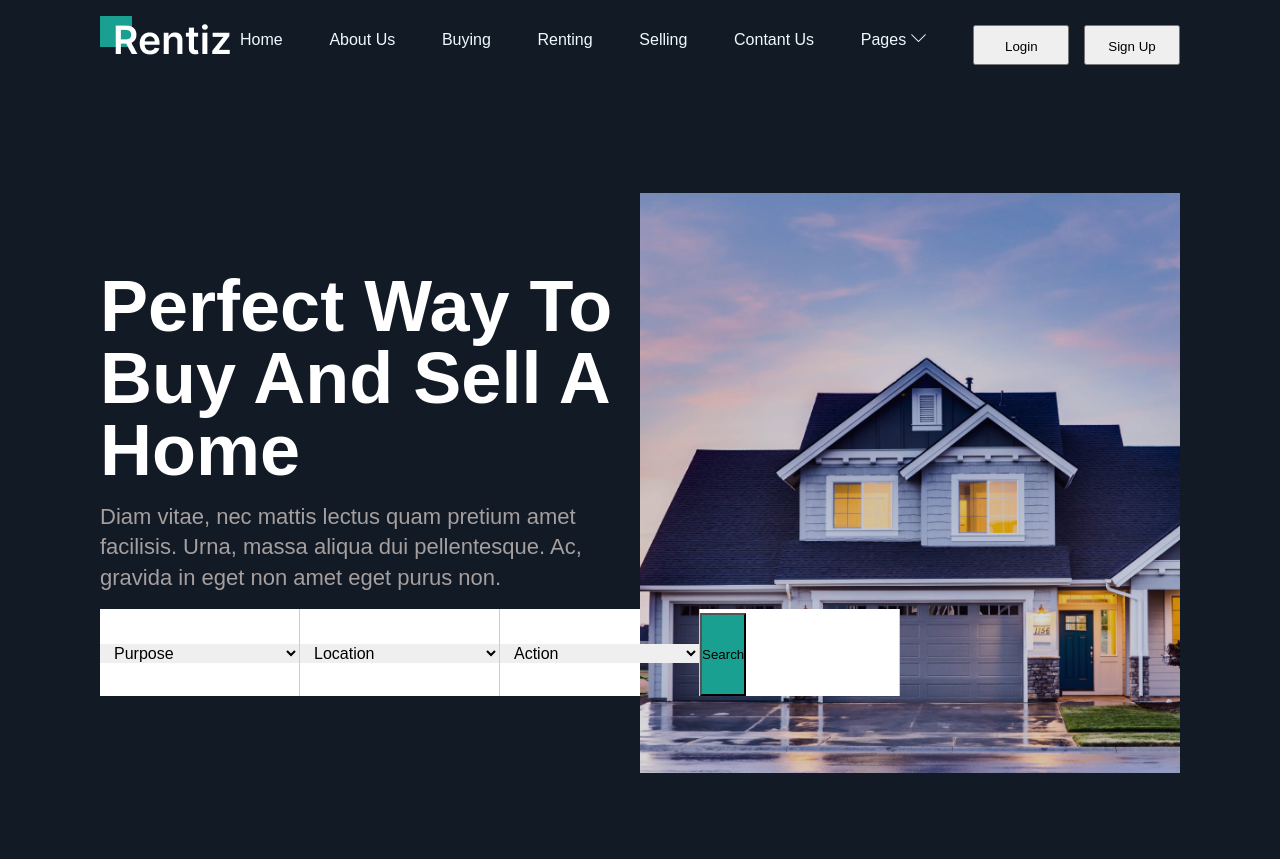
Repository: tung1233hhhhhhhhhhhhh/WebClone-Home
Page: index.html
The author's editor kept a copy of each file at every save. The page is drawn from the files as they stood at one save, then again after the next save.
The browser window is 1280 px wide. The pictures show the whole page.

Above is the page before, as saved 2023-05-23 15:42:07.

After the next save:
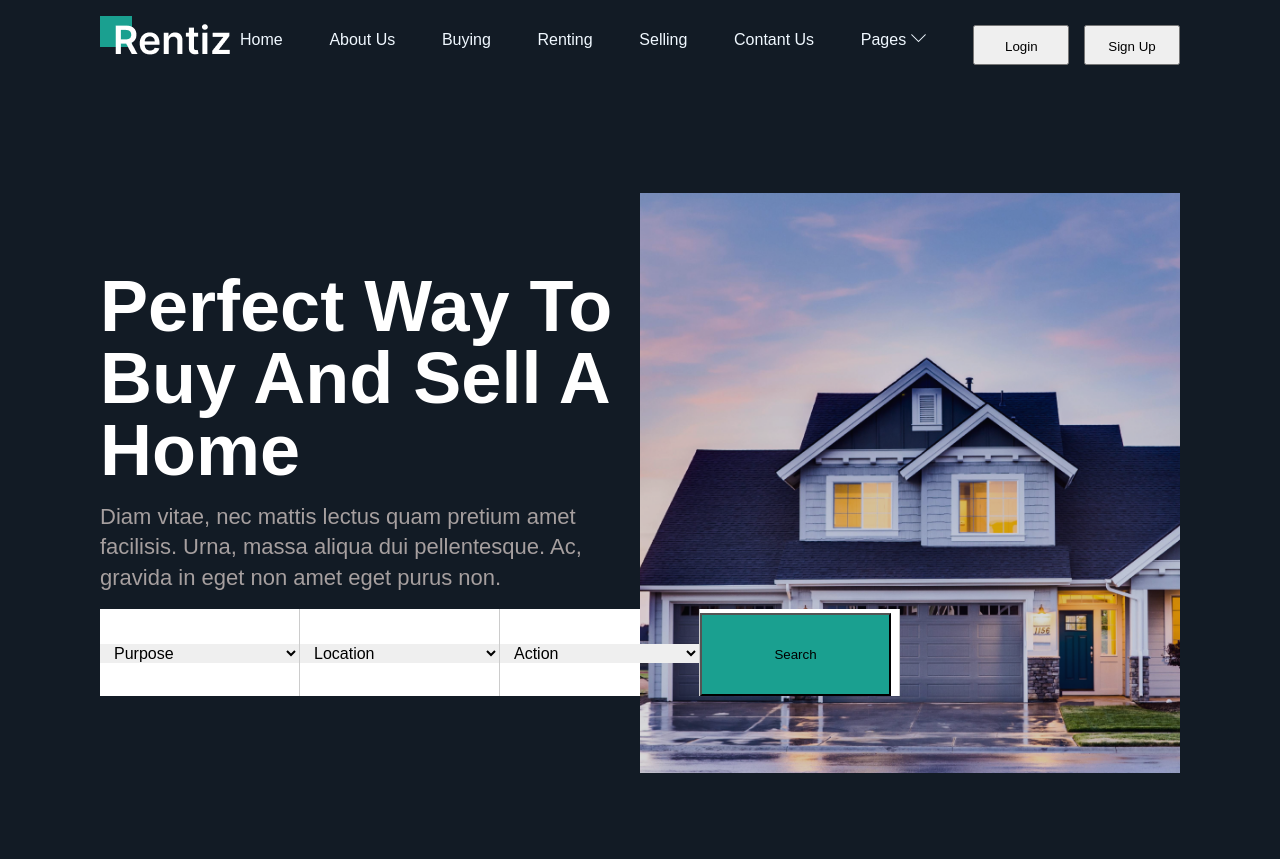
Saved 10 s later.
--- a/assets/css/main.css
+++ b/assets/css/main.css
@@ -142,7 +142,7 @@ body {
 }
 
 .navbar-billboard .billboard-btn .btn-select {
-    width: 965;
+    width: 96%;
     height: 96%;
     background-color: var(--accent-color);
 }
